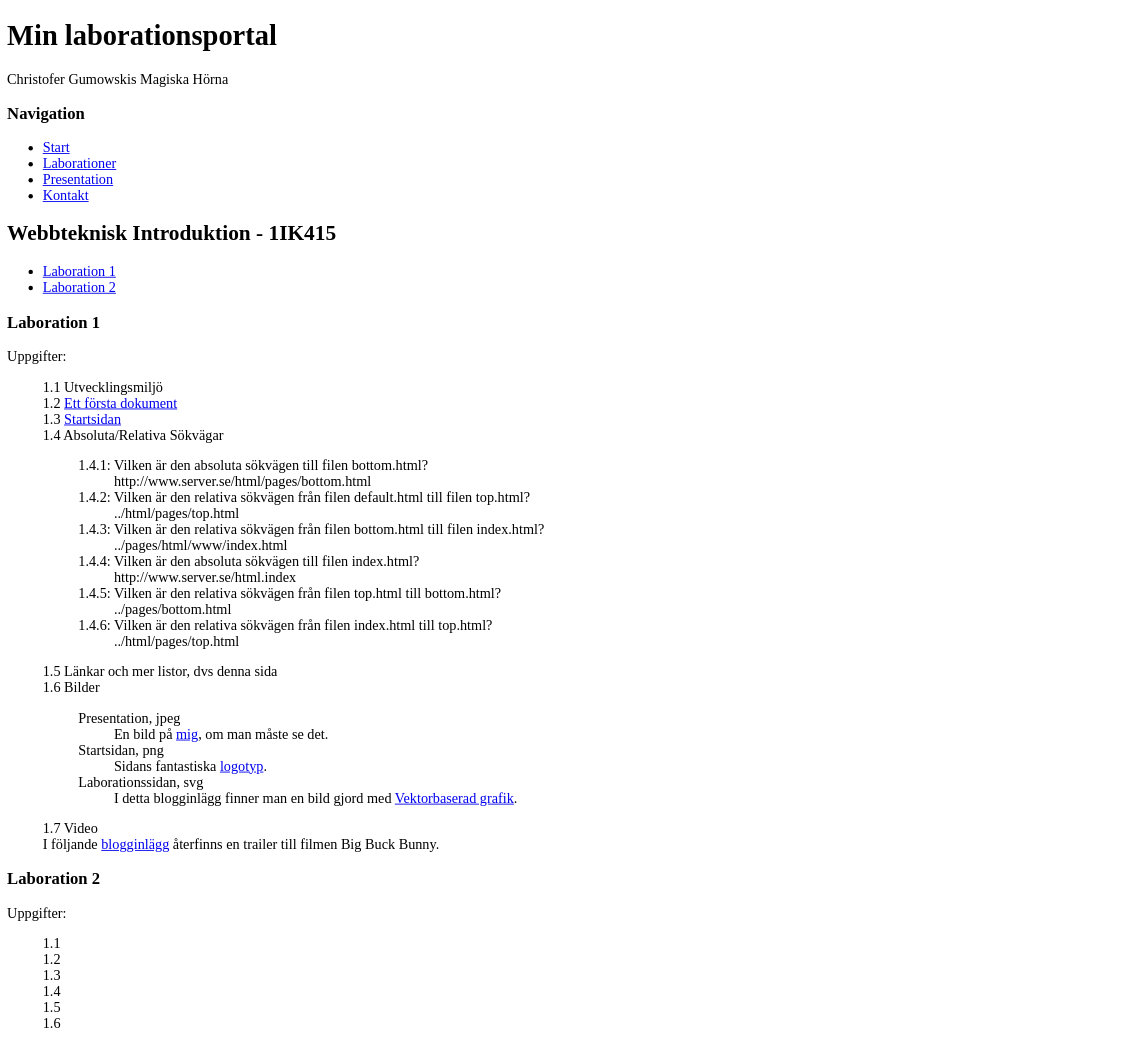
Repository: cg222im/1IK415_cg222im
Page: pages/laborationer.html
The author's editor kept a record of every edit. The page is drawn from the files as they stood at one moment, then again after the next edit.
The browser window is 1280 px wide. The pictures show the whole page, at 89% of full size.

Above is the page before.

After the next edit:
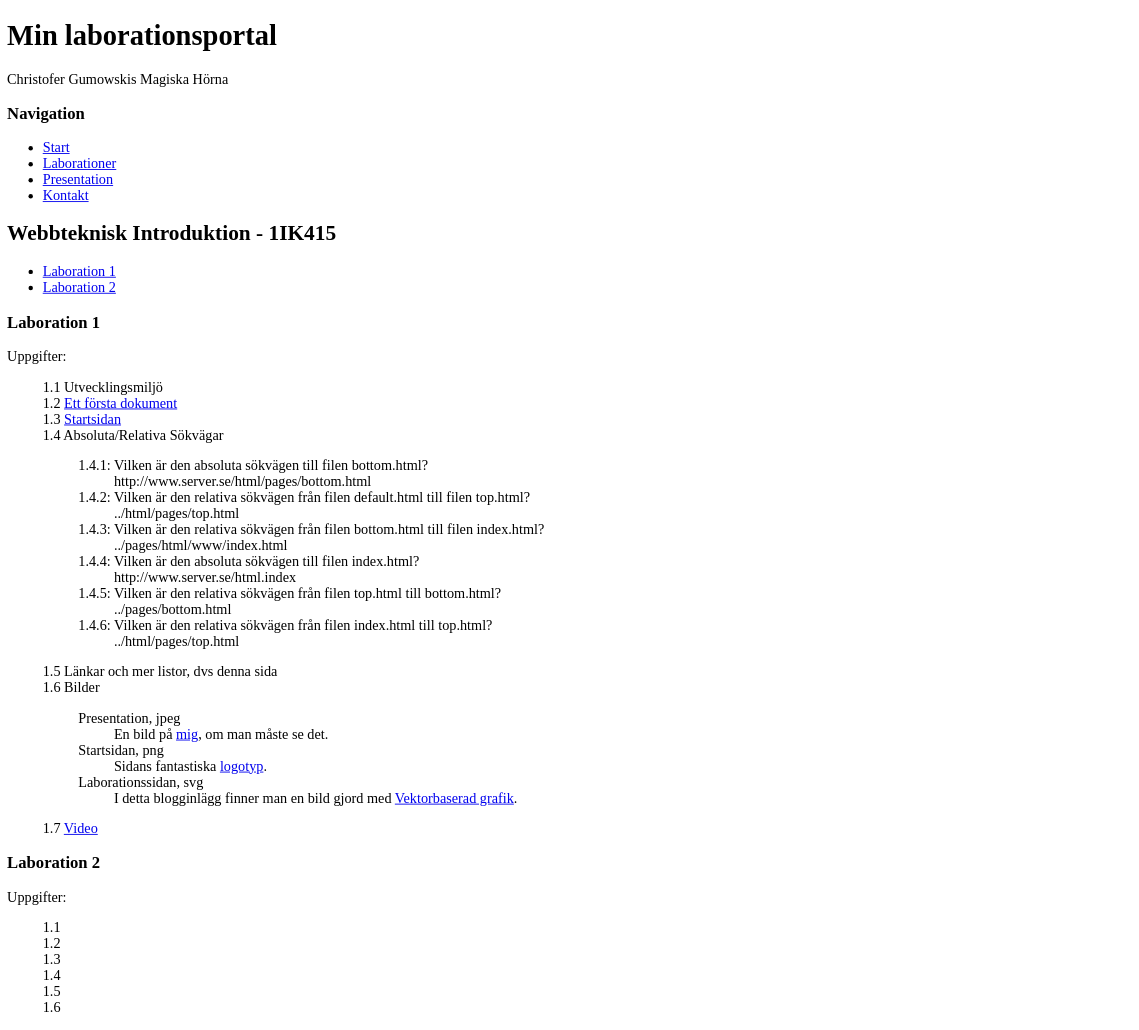
The edit:
--- a/pages/laborationer.html
+++ b/pages/laborationer.html
@@ -58,9 +58,8 @@
                     <dt>Laborationssidan, svg</dt>
                         <dd>I detta blogginlägg finner man en bild gjord med <a href="../index.html#svgBlogg">Vektorbaserad grafik</a>.</dd>
                 </ol></dl>
-            1.7 Video<br>
-                I följande <a href="../index.html#trailer">blogginlägg</a> återfinns en trailer till filmen Big Buck Bunny.
-                <br>
+            1.7 <a href="../index.html#trailer">Video</a><br>
+
         </ol>
 
     <a name="Laboration 2"></a>
